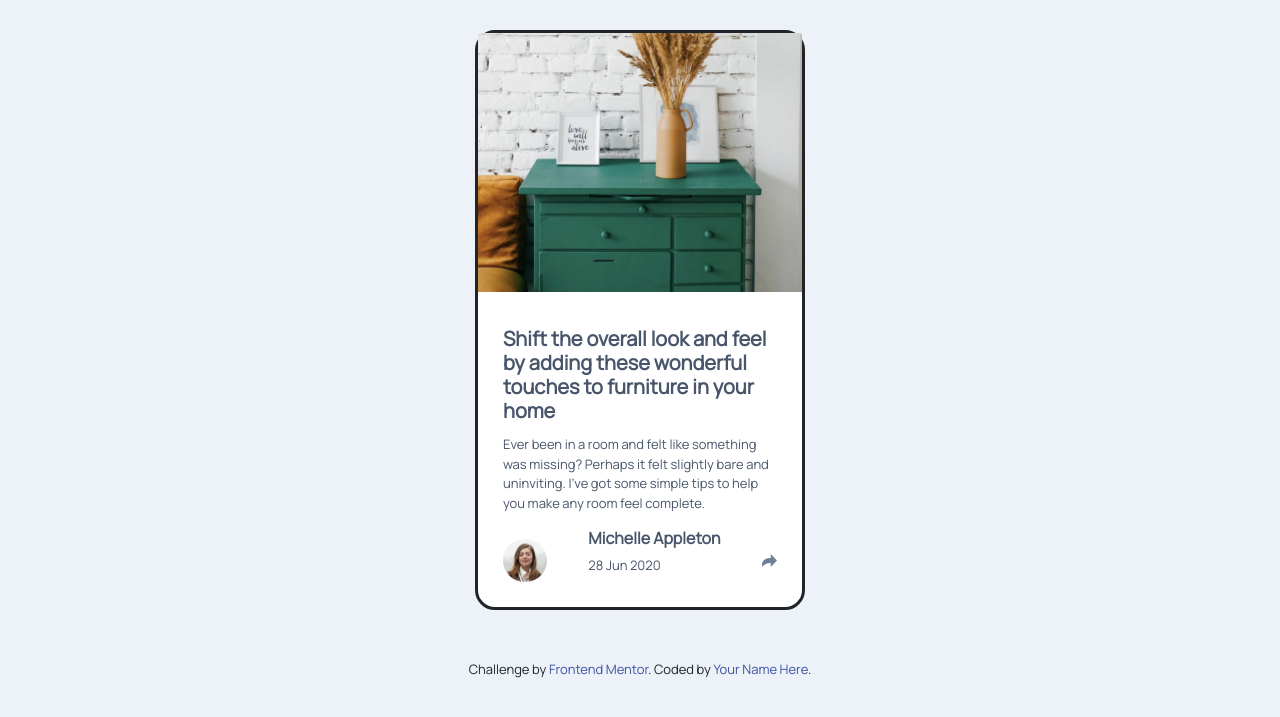
Repository: timiodulate/Article-Preview-Component
Page: index.html
An editor plug-in stored every save of this project. The page is shown before and after the next save, followed by the edit.
The browser window is 1280 px wide. The pictures show the whole page.

Above is the page before, as saved 2020-07-11 12:28:05.

After the next save:
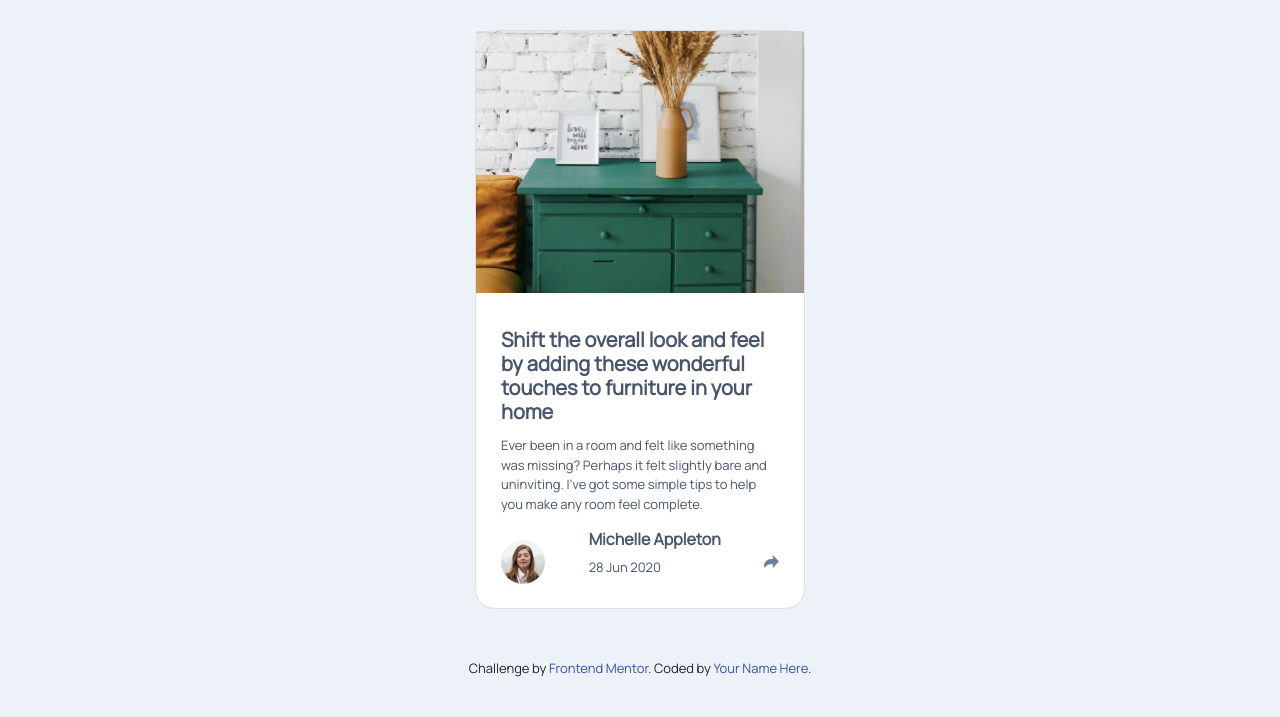
Saved 20 s later.
--- a/css/style.css
+++ b/css/style.css
@@ -53,7 +53,7 @@
 .card {
     border-radius: 20px;
     width: 330px;
-    border: solid;
+    /* border: solid; */
 }
 .card-body {
     padding: 35px 25px 15px;
